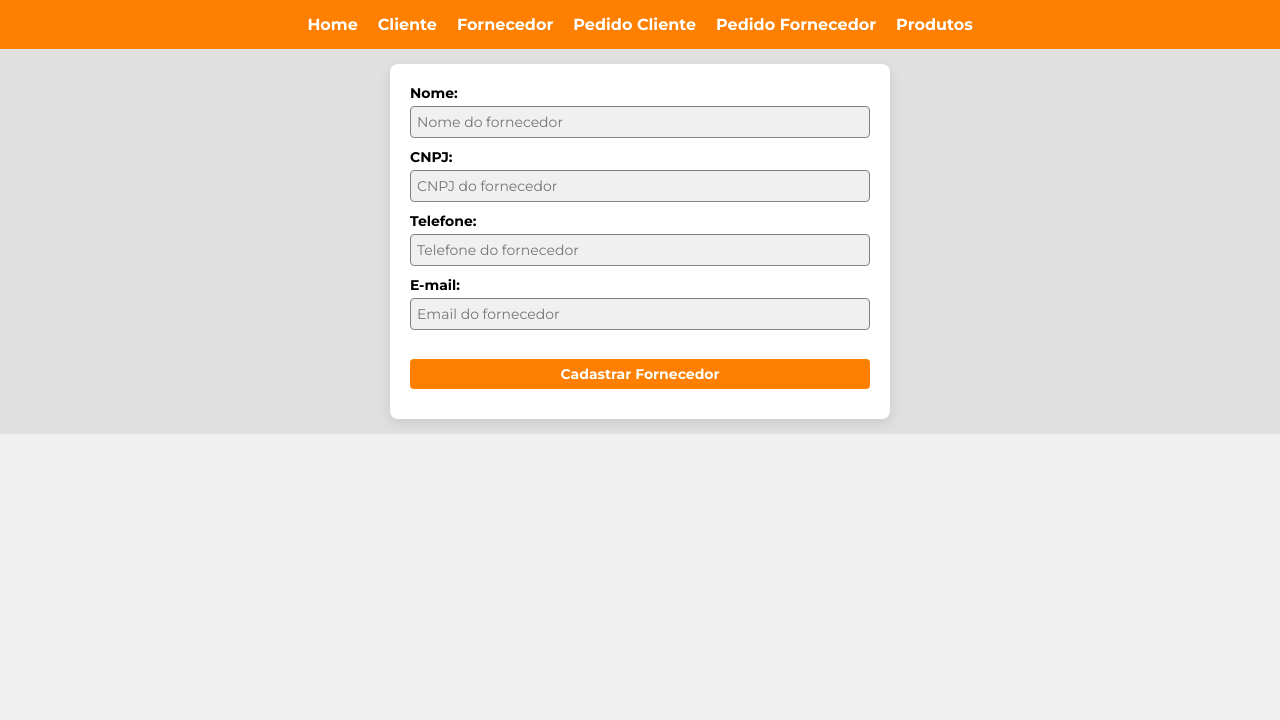
Repository: walterdmp/JavaWeb_BartoBotinas
Page: http://localhost/BartoBotinas/cadastrarFornecedor.jsp
An editor plug-in stored every save of this project. The page is shown before and after a run of saves, followed by the edit.
The browser window is 1280 px wide. The pictures show the whole page.
The page is served by Tomcat 9. Other server files are loaded and not shown.

Above is the page before, as saved 2024-07-31 18:44:53.

### BartoBotinas/WebContent/cadastrarFornecedor.jsp
<%@ page language="java" contentType="text/html; charset=UTF-8"
	pageEncoding="UTF-8"%>
<!DOCTYPE html>
<html>
<head>
<link rel="stylesheet" href="css/estilo.css">
<meta charset="UTF-8">
<title>Bartô Botinas - Fornecedores</title>
</head>
<body>
	<nav class="bartoNav">
		<ul>
			<li><a href="home.jsp">Home</a></li>
			<li><a href="cadastrarCliente.jsp">Cliente</a></li>
			<li><a href="cadastrarFornecedor.jsp">Fornecedor</a></li>
			<li><a href="cadastrarPedidoCliente.jsp">Pedido Cliente</a></li>
			<li><a href="cadastrarPedidoFornecedor.jsp">Pedido
					Fornecedor</a></li>
			<li><a href="cadastrarProdutos.jsp">Produtos</a></li>
		</ul>
	</nav>
	<main class="bartoMain">
		<form action="cadastrarFornecedor" method="post" class="bartoForm">
			<div>
				<label for="nome"><strong>Nome:</strong></label> <input type="text"
					id="nome" name="nome" placeholder="Nome do fornecedor" required>
			</div>
			<div>
				<label for="cnpj"><strong>CNPJ:</strong></label> <input type="text"
					id="cnpj" name="cnpj" placeholder="CNPJ do fornecedor" required>
			</div>
			<div>
				<label for="telefone"><strong>Telefone:</strong></label> <input
					type="text" id="telefone" name="telefone"
					placeholder="Telefone do fornecedor" required>
			</div>
			<div>
				<label for="email"><strong>E-mail:</strong></label> <input
					type="email" id="email" name="email"
					placeholder="Email do fornecedor" required>
			</div>
			<br>
			<div>
				<input id="bartoButton" type="submit" name="salvar"
					value="Cadastrar Fornecedor">
			</div>
		</form>
	</main>
</body>
</html>

### BartoBotinas/WebContent/css/estilo.css
@charset "ISO-8859-1";

@import
	url('https://fonts.googleapis.com/css2?family=Montserrat:ital,wght@0,100;0,200;0,300;0,400;0,500;0,600;0,700;0,800;0,900;1,100;1,200;1,300;1,400;1,500;1,600;1,700;1,800&display=swap')
	;

* {
	margin: 0;
	padding: 0;
	box-sizing: border-box;
	text-decoration: none;
	list-style: none;
	font-family: 'Montserrat', sans-serif;
}

body {
	background-color: #f0f0f0;
}

/* Estilos de Navegação */
.bartoNav {
	width: 100%;
	background-color: #ff8000;
}

.bartoNav ul {
	display: flex;
	flex-direction: row;
	gap: 20px; /* Diminuiu o espaço entre itens */
	justify-content: center;
	padding: 15px; /* Diminuiu o padding */
	color: white;
	font-weight: bold;
}

.bartoNav a {
	color: white;
	transition: color 0.3s ease;
}

.bartoNav a:hover {
	color: #ffe0b3;
}

/* Estilos Principais */
.bartoMain {
	display: flex;
	justify-content: center;
	align-items: center;
	background-color: #e0e0e0;
	width: 100%;
	height: auto; /* Ajuste para a altura do conteúdo */
	padding: 15px; /* Diminuiu o padding */
}

.empresaInfo, .bartoForm, .itensPedidoForm, .fornecedorForm,
	.produtoForm {
	display: flex;
	flex-direction: column;
	padding: 20px; /* Diminuiu o padding */
	width: 100%;
	max-width: 500px; /* Ajustado para tamanho menor */
	background-color: white;
	border-radius: 8px; /* Diminuiu o border-radius */
	box-shadow: 0 4px 12px rgba(0, 0, 0, 0.1); /* Diminuiu o box-shadow */
}

.bartoForm input, .itensPedidoForm input, .fornecedorForm input,
	.produtoForm input, .empresaInfo input {
	border-radius: 4px; /* Diminuiu o border-radius */
	border: 1px solid gray;
	width: 100%;
	padding: 6px; /* Diminuiu o padding */
	background-color: #f0f0f0;
	font-size: 14px; /* Diminuiu o tamanho da fonte */
	transition: background-color 0.3s ease, border-color 0.3s ease;
}

.bartoForm input:focus, .itensPedidoForm input:focus, .fornecedorForm input:focus,
	.produtoForm input:focus {
	background-color: #fff;
	border-color: #ff8000;
	outline: none;
}

.bartoForm div, .itensPedidoForm div, .fornecedorForm div, .produtoForm div
	{
	display: flex;
	flex-direction: column;
	width: 100%;
	margin-bottom: 10px; /* Diminuiu o margin-bottom */
}

.bartoForm label, .itensPedidoForm label, .fornecedorForm label,
	.produtoForm label {
	margin-bottom: 4px; /* Diminuiu o margin-bottom */
	font-weight: 600;
	font-size: 14px; /* Diminuiu o tamanho da fonte */
}

#bartoButton {
	background-color: #ff8000;
	border: none;
	color: white;
	font-weight: bold;
	padding: 6px 12px; /* Diminuiu o padding */
	border-radius: 4px; /* Diminuiu o border-radius */
	cursor: pointer;
	transition: background-color 0.3s ease;
	font-size: 14px; /* Diminuiu o tamanho da fonte */
}

#bartoButton:hover {
	background-color: #cc6600;
}

/* Estilos para a Página da Empresa */
.empresaInfo h1, .itensPedidoForm h1, .fornecedorForm h1, .produtoForm h1
	{
	margin-bottom: 10px; /* Diminuiu o margin-bottom */
	font-size: 20px; /* Diminuiu o tamanho da fonte */
	color: #333;
}

.empresaInfo p {
	margin-bottom: 6px; /* Diminuiu o margin-bottom */
	font-size: 14px; /* Diminuiu o tamanho da fonte */
	color: #666;
}

.empresaInfo p strong {
	color: #333;
}

/* Estilos de Mídia Responsiva */
@media ( max-width : 600px) {
	.bartoNav ul {
		flex-direction: column;
		gap: 8px; /* Diminuiu o espaço entre itens */
	}
	.bartoForm, .empresaInfo, .itensPedidoForm, .fornecedorForm,
		.produtoForm {
		padding: 15px; /* Diminuiu o padding */
		width: 100%;
	}
	.bartoForm input, .itensPedidoForm input, .fornecedorForm input,
		.produtoForm input {
		width: 100%;
	}
}

After the next 2 saves:
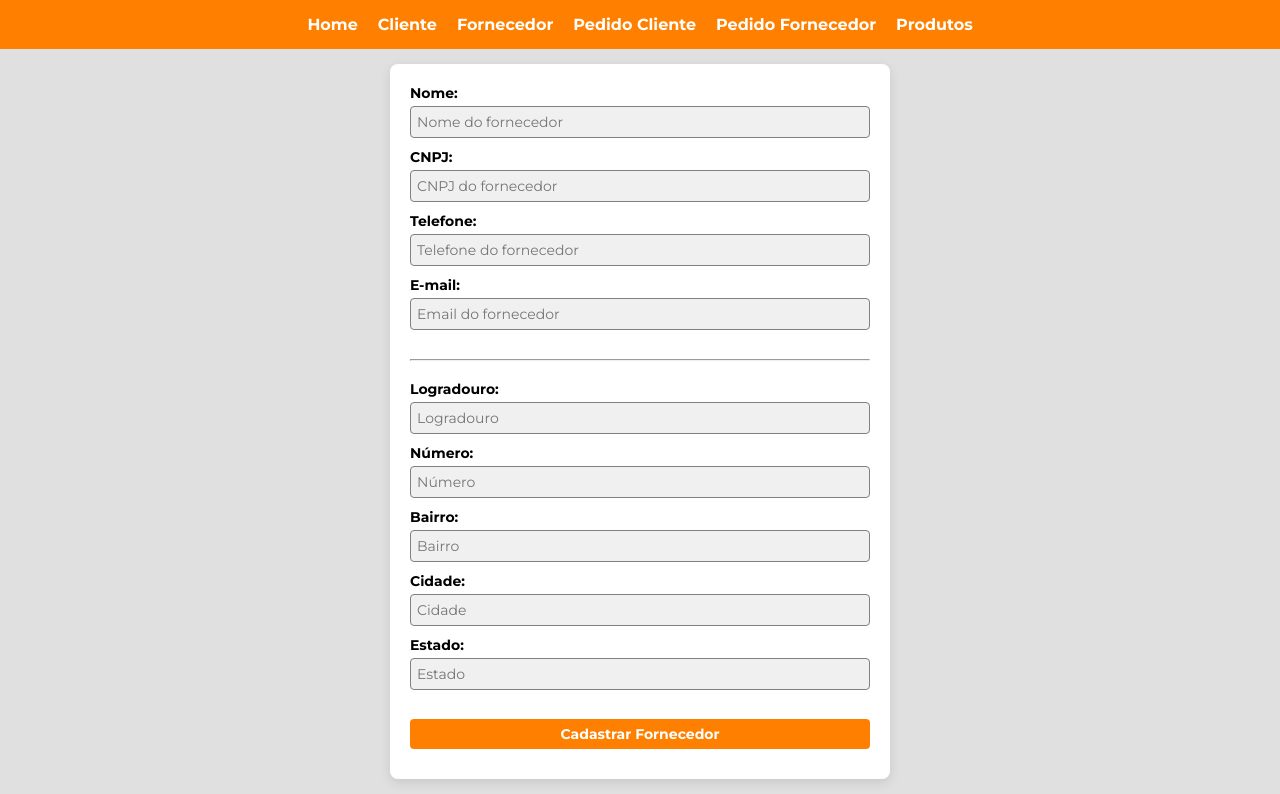
The 2 saves are shown as one change because they came seconds apart.
The last was saved 2 min 48 s later.
--- a/BartoBotinas/WebContent/cadastrarFornecedor.jsp
+++ b/BartoBotinas/WebContent/cadastrarFornecedor.jsp
@@ -40,6 +40,32 @@
 					placeholder="Email do fornecedor" required>
 			</div>
 			<br>
+
+			<hr>
+
+			<br>
+			<div>
+				<label for="logradouro"><strong>Logradouro:</strong></label> <input
+					type="text" id="logradouro" name="logradouro"
+					placeholder="Logradouro" required>
+			</div>
+			<div>
+				<label for="numero"><strong>Número:</strong></label> <input
+					type="text" id="numero" name="numero" placeholder="Número" required>
+			</div>
+			<div>
+				<label for="bairro"><strong>Bairro:</strong></label> <input
+					type="text" id="bairro" name="bairro" placeholder="Bairro" required>
+			</div>
+			<div>
+				<label for="cidade"><strong>Cidade:</strong></label> <input
+					type="text" id="cidade" name="cidade" placeholder="Cidade" required>
+			</div>
+			<div>
+				<label for="estado"><strong>Estado:</strong></label> <input
+					type="text" id="estado" name="estado" placeholder="Estado" required>
+			</div>
+			<br>
 			<div>
 				<input id="bartoButton" type="submit" name="salvar"
 					value="Cadastrar Fornecedor">
